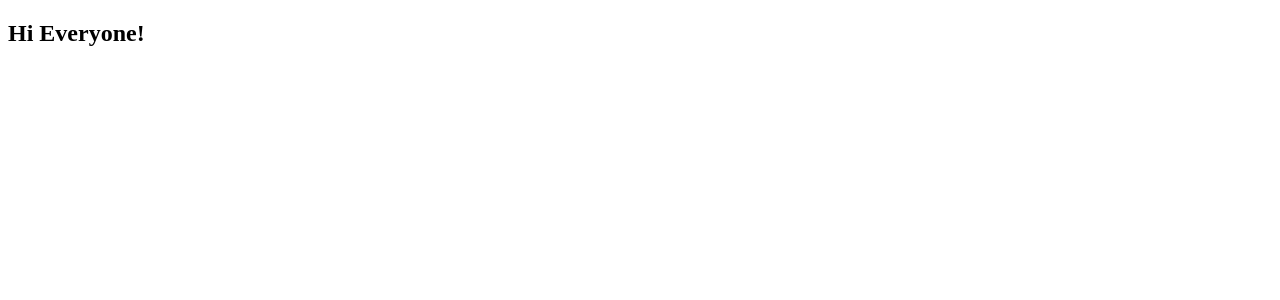
Repository: AwareSelf/JavaTrainingPublic
Page: 15Sep/webapp_1sepbatch/HtmlJSWeb/src/main/webapp/externaljs.html
The author's editor kept a copy of each file at every save. The page is drawn from the files as they stood at one save, then again after the next save.
The browser window is 1280 px wide. The pictures show the whole page.

Above is the page before, as saved 2022-09-14 07:57:20.
Console error: ReferenceError: func is not defined

### 15Sep/webapp_1sepbatch/HtmlJSWeb/src/main/webapp/externaljs.html
<!DOCTYPE html>
<html>
<head>
<meta charset="ISO-8859-1"/>
<title>addition of 2 nos using external JS file</title>

<script type="text/javascript" JS/add.js"></script>

</head>
<body>

<h2>Hi Everyone!</h2>

<script type="text/javascript">


  var no1 = 10;
  var no2 = 20;
  var s = func(no1,no2);
  alert("sum is "+s);

  document.write("<h3>addition of no1="+no1+" and no2="+no2+" is "+s+"</h3>");


</script>
</body>
</html>

### 15Sep/webapp_1sepbatch/HtmlJSWeb/src/main/webapp/JS/add.js
 function func(no1,no2)
  {


    var sum = no1 +  no2;
    // alert(sum);

     return sum;
  }

After the next save:
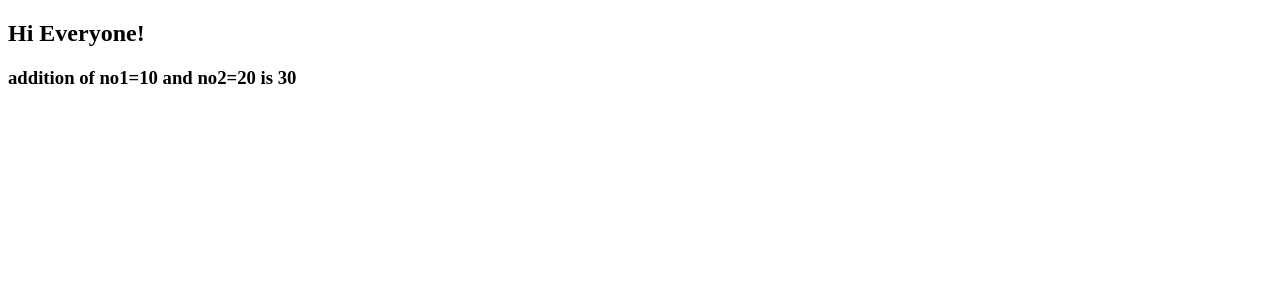
The error is gone.
Saved 40 s later.
--- a/15Sep/webapp_1sepbatch/HtmlJSWeb/src/main/webapp/externaljs.html
+++ b/15Sep/webapp_1sepbatch/HtmlJSWeb/src/main/webapp/externaljs.html
@@ -4,7 +4,7 @@
 <meta charset="ISO-8859-1"/>
 <title>addition of 2 nos using external JS file</title>
 
-<script type="text/javascript" JS/add.js"></script>
+<script type="text/javascript" src="JS/add.js"></script>
 
 </head>
 <body>
